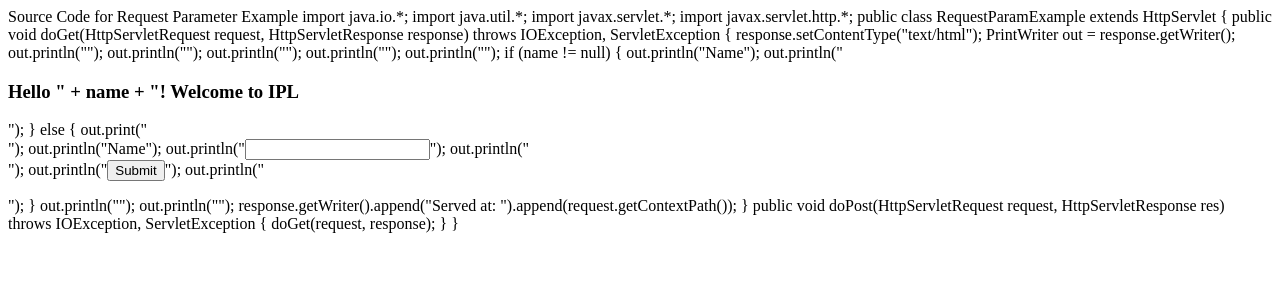
Repository: umng/Learn-to-Program
Page: Java/CTS_SFDC/workspace/Validate Player details/WebContent/index.html
An editor plug-in stored every save of this project. The page is shown before and after the next save, followed by the edit.
The browser window is 1280 px wide. The pictures show the whole page.

Above is the page before, as saved 2017-02-23 08:26:23.

After the next save:
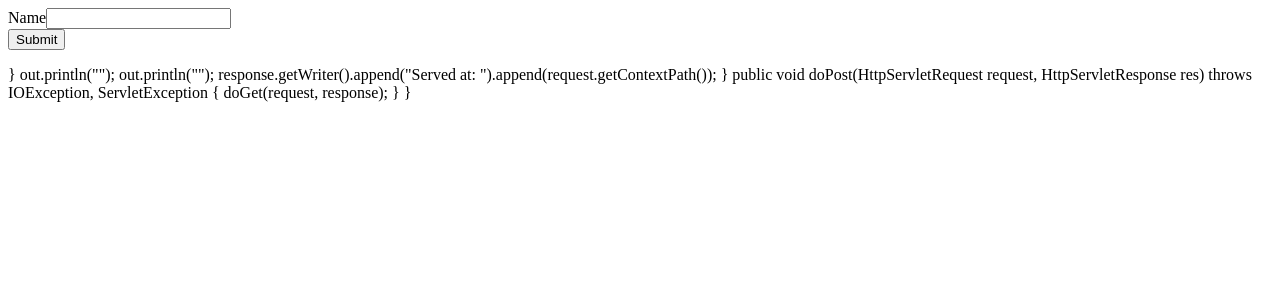
Saved 4 min 10 s later.
--- a/Java/CTS_SFDC/workspace/Validate Player details/WebContent/index.html
+++ b/Java/CTS_SFDC/workspace/Validate Player details/WebContent/index.html
@@ -1,35 +1,12 @@
-
-Source Code for Request Parameter Example
-
-import java.io.*;
-import java.util.*;
-import javax.servlet.*;
-import javax.servlet.http.*;
-
-public class RequestParamExample extends HttpServlet {
-
-    public void doGet(HttpServletRequest request, HttpServletResponse response)
-    throws IOException, ServletException
-    {
-        response.setContentType("text/html");
-        PrintWriter out = response.getWriter();
-        out.println("<html>");
-        out.println("<head>");
-        out.println("<title>Welcome Servlet</title>");
-        out.println("</head>");
-        out.println("<body>");
-        if (name != null) {
-            out.println("Name");
-            out.println("<h3>Hello " + name + "! Welcome to IPL</h3>");
-        } else {
-	        out.print("<form action=\"");
-	        out.print("index.html\" ");
-	        out.println("method=GET>");
-	        out.println("Name");
-	        out.println("<input type=text name=name>");
-	        out.println("<br>");
-	        out.println("<input type=submit name=submit>");
-	        out.println("</form>");
+<html>
+	<body>
+		<form action="Welcome" method="GET">
+			Name<input type=text name=name>
+			<br>
+			<input type=submit name=submit>
+		</form>
+	</body>
+</html>
         }
         out.println("</body>");
         out.println("</html>");
